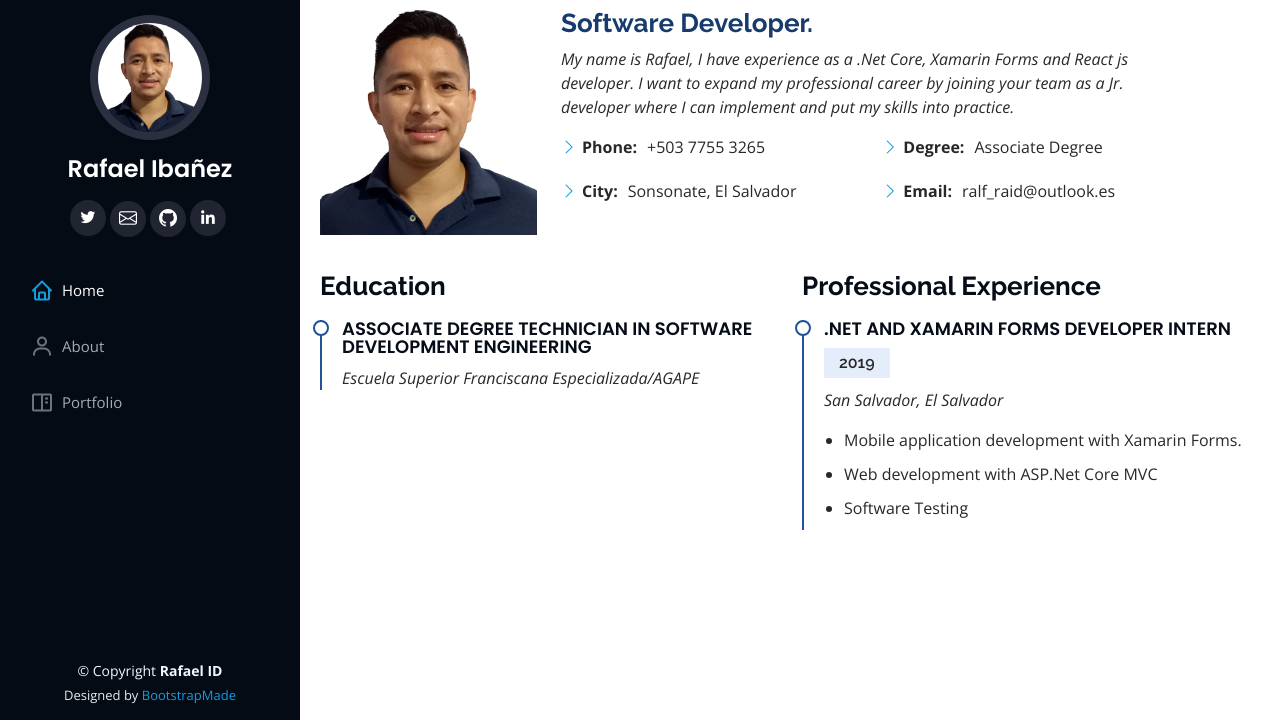
Repository: ralfId/myportfolio
Page: /about
The author's editor kept a copy of each file at every save. The page is drawn from the files as they stood at one save, then again after the next save.
The browser window is 1280 px wide. The pictures show the whole page.
The project was rebuilt for these pictures with package versions that can differ from the ones it lists, and the page was loaded fresh each time. Also part of the build but not shown: src/components/Home.js, src/data/projects.js, src/components/Projects/ProjectItem.js, src/components/Projects/ProjectIndex.js, src/helpers/ProjectById.js, src/components/Projects/ProjectDetail.js.

Above is the page before, as saved 2021-09-20 19:18:33.

### public/index.html
<!DOCTYPE html>
<html lang="en">

<head>
  <meta charset="utf-8" />
  <link rel="icon" href="%PUBLIC_URL%/favicon.ico" />
  <meta name="viewport" content="width=device-width, initial-scale=1" />
  <meta name="theme-color" content="#000000" />
  <meta name="description" content="Web site created using create-react-app" />
  <link rel="apple-touch-icon" href="%PUBLIC_URL%/logo192.png" />
  <link rel="manifest" href="%PUBLIC_URL%/manifest.json" />

  <!-- Google Fonts -->
  <link
    href="https://fonts.googleapis.com/css?family=Open+Sans:300,300i,400,400i,600,600i,700,700i|Raleway:300,300i,400,400i,500,500i,600,600i,700,700i|Poppins:300,300i,400,400i,500,500i,600,600i,700,700i"
    rel="stylesheet">

  <!-- Vendor CSS Files -->
  <link href="vendor/aos/aos.css" rel="stylesheet">
  <link href="vendor/bootstrap/css/bootstrap.min.css" rel="stylesheet">
  <link href="vendor/bootstrap-icons/bootstrap-icons.css" rel="stylesheet">
  <link href="vendor/boxicons/css/boxicons.min.css" rel="stylesheet">
  <link href="vendor/glightbox/css/glightbox.min.css" rel="stylesheet">
  <link href="vendor/swiper/swiper-bundle.min.css" rel="stylesheet">

  <!-- Template Main CSS File -->
  <link href="css/style.css" rel="stylesheet">
  <title>React App</title>

  <!-- =======================================================
  * Template Name: iPortfolio - v3.3.0
  * Template URL: https://bootstrapmade.com/iportfolio-bootstrap-portfolio-websites-template/
  * Author: BootstrapMade.com
  * License: https://bootstrapmade.com/license/
  ======================================================== -->
</head>

<body>
  <noscript>You need to enable JavaScript to run this app.</noscript>
  <div id="root"></div>
  <!--
      This HTML file is a template.
      If you open it directly in the browser, you will see an empty page.

      You can add webfonts, meta tags, or analytics to this file.
      The build step will place the bundled scripts into the <body> tag.

      To begin the development, run `npm start` or `yarn start`.
      To create a production bundle, use `npm run build` or `yarn build`.
    -->
 <!-- Vendor JS Files -->
 <script src="vendor/aos/aos.js" type="text/javascript"></script>
 <script src="vendor/bootstrap/js/bootstrap.bundle.min.js" type="text/javascript"></script>
 <script src="vendor/glightbox/js/glightbox.min.js" type="text/javascript"></script>
 <script src="vendor/isotope-layout/isotope.pkgd.min.js" type="text/javascript"></script>
 <script src="vendor/php-email-form/validate.js" type="text/javascript"></script>
 <script src="vendor/purecounter/purecounter.js" type="text/javascript"></script>
 <script src="vendor/swiper/swiper-bundle.min.js" type="text/javascript"></script>
 <script src="vendor/typed.js/typed.min.js" type="text/javascript"></script>
 <script src="vendor/waypoints/noframework.waypoints.js" type="text/javascript"></script>

 <!-- Template Main JS File -->
 <script src="js/main.js" type="text/javascript"></script>

</body>

</html>

### src/components/Resume.js
import React from "react";

export const Resume = () => {
    return (
        <>
            <section id="resume" class="resume p-2">
                <div class="container">

                    <div class="row">
                        <div class="col-lg-6" data-aos="fade-up">
                            <h3 class="resume-title">Education</h3>
                            <div class="resume-item">
                                <h4>Associate Degree Technician in Software
                                    Development Engineering</h4>
                                <p><em>Escuela Superior Franciscana Especializada/AGAPE</em></p>
                            </div>
                        </div>

                        <div class="col-lg-6" data-aos="fade-up" data-aos-delay="100">
                            <h3 class="resume-title">Professional Experience</h3>
                            <div class="resume-item">
                                <h4>.Net and Xamarin Forms Developer intern</h4>
                                <h5>2019 </h5>
                                <p><em>San Salvador, El Salvador</em></p>
                                <ul>
                                    <li>Mobile application development with Xamarin Forms.</li>
                                    <li>Web development with ASP.Net Core MVC </li>
                                    <li>Software Testing</li>
                                </ul>
                            </div>
                        </div>
                    </div>

                </div>
            </section>
        </>
    )
}

Loaded but not shown: src/index.js (common file); public/vendor/aos/aos.css (library); public/vendor/bootstrap/css/bootstrap.min.css (library); public/vendor/bootstrap-icons/bootstrap-icons.css (library); public/vendor/boxicons/css/boxicons.min.css (library); public/vendor/glightbox/css/glightbox.min.css (library); public/vendor/swiper/swiper-bundle.min.css (library); public/vendor/aos/aos.js (library); public/vendor/bootstrap/js/bootstrap.bundle.min.js (library); public/vendor/glightbox/js/glightbox.min.js (library); public/vendor/isotope-layout/isotope.pkgd.min.js (library); public/vendor/php-email-form/validate.js (common file); public/vendor/purecounter/purecounter.js (library); public/vendor/swiper/swiper-bundle.min.js (library); public/vendor/typed.js/typed.min.js (library); public/vendor/waypoints/noframework.waypoints.js (library); public/js/main.js (267 lines, source omitted); src/components/About.js (43 lines, source omitted); src/components/Nav.js (48 lines, source omitted); src/routers/AppRouter.js (33 lines, source omitted); src/components/Footer.js (16 lines, source omitted); src/Portfolio.js (10 lines, source omitted); public/css/style.css (1154 lines, source omitted)

After the next save:
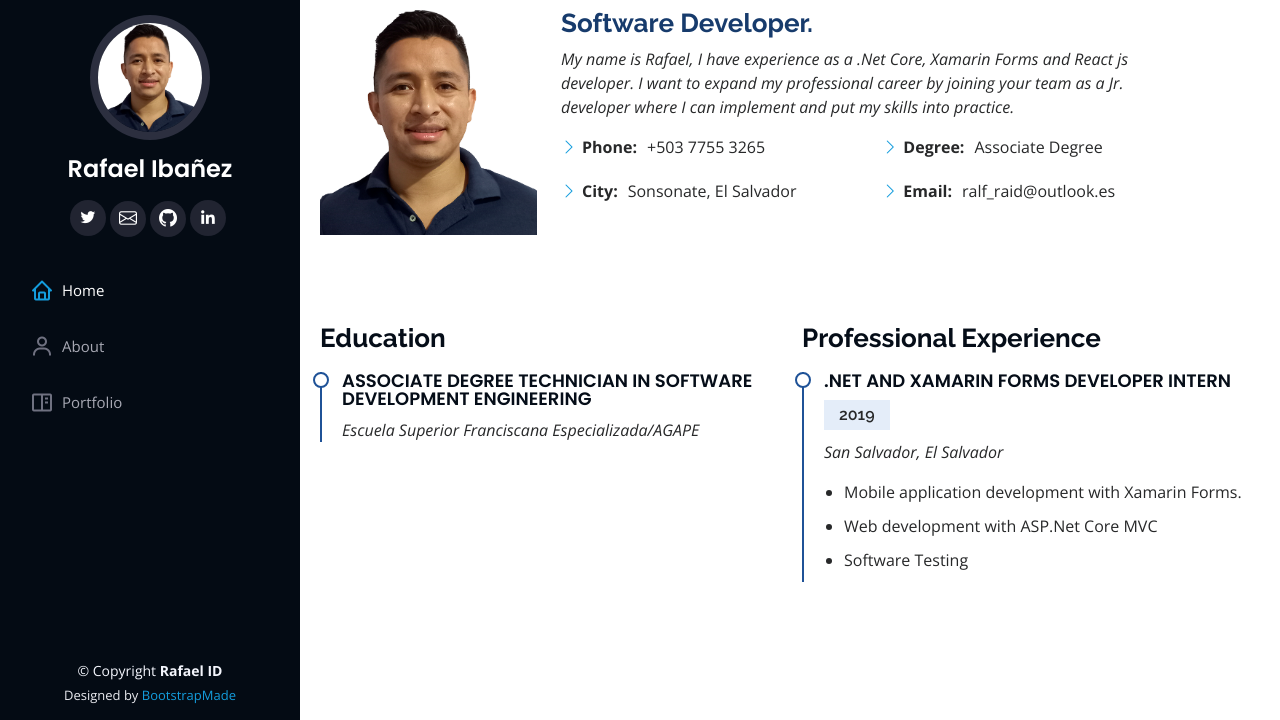
Saved 12 s later.
--- a/src/components/Resume.js
+++ b/src/components/Resume.js
@@ -3,7 +3,7 @@ import React from "react";
 export const Resume = () => {
     return (
         <>
-            <section id="resume" class="resume p-2">
+            <section id="resume" class="resume px-2">
                 <div class="container">
 
                     <div class="row">
